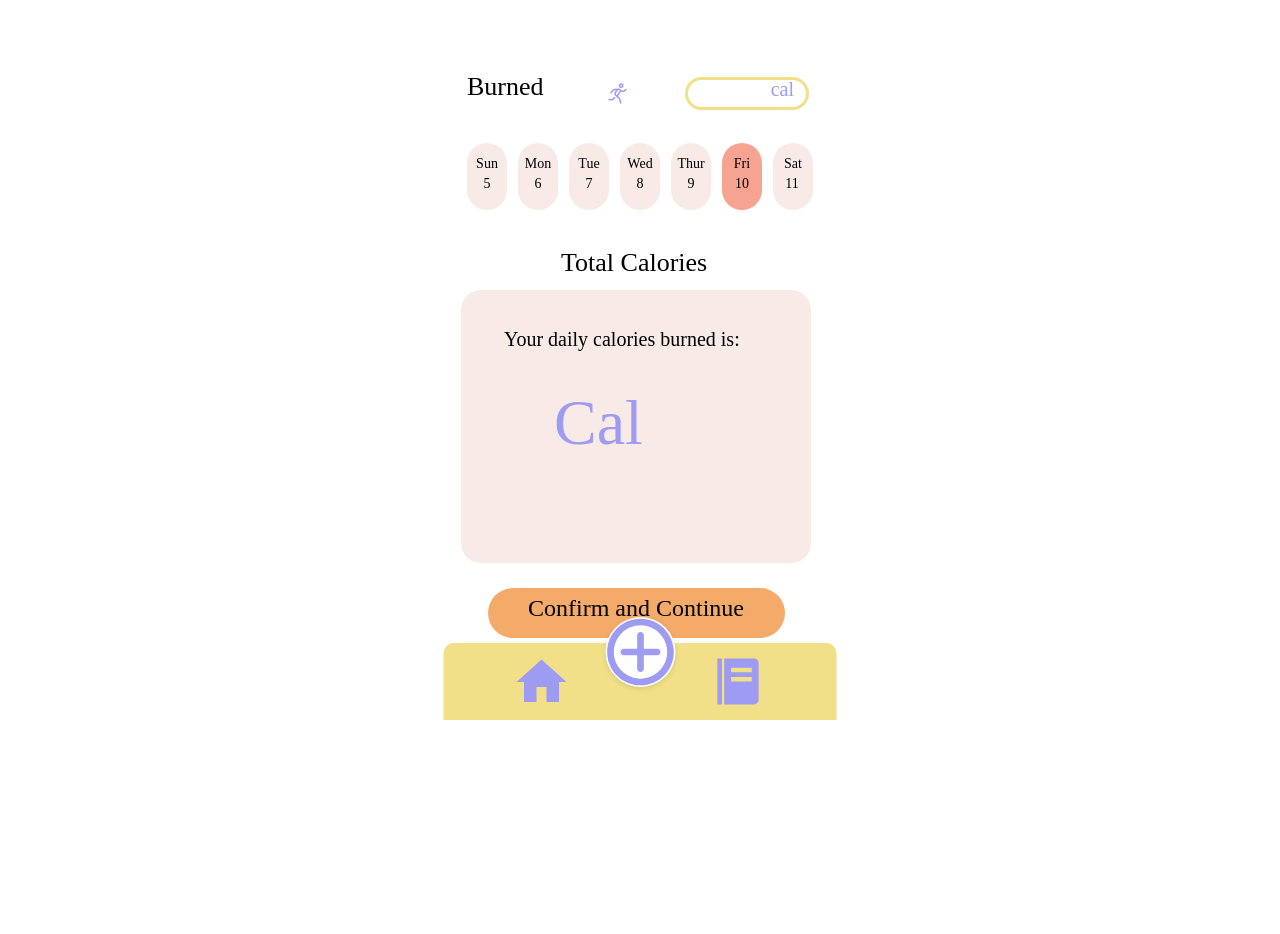
Repository: MeowCeline00/G5-Calorie-Tracker
Page: BurnedCal/index.html
The author's editor kept a copy of each file at every save. The page is drawn from the files as they stood at one save, then again after the next save.
The browser window is 1280 px wide. The pictures show the whole page.

Above is the page before, as saved 2024-05-26 14:19:41.
Console error: ReferenceError: renderLandingPage is not defined

After the next save:
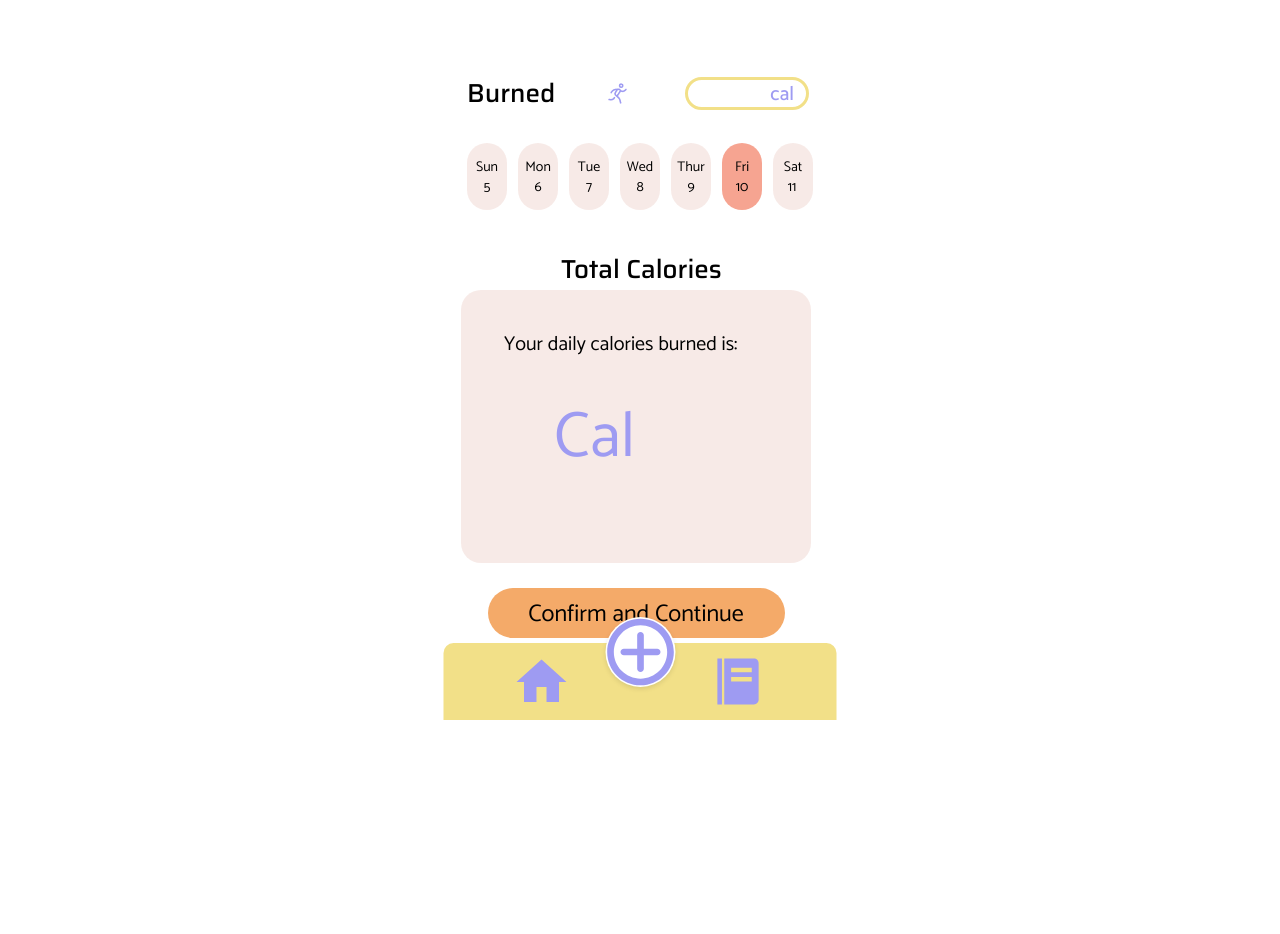
Saved 34 s later.
--- a/BurnedCal/index.html
+++ b/BurnedCal/index.html
@@ -6,6 +6,8 @@
 
   	<link rel="stylesheet" href="/BurnedCal/global.css" />
   	<link rel="stylesheet"  href="/BurnedCal/index.css" />
+	  <link rel="stylesheet" href="https://fonts.googleapis.com/css2?family=Saira:wght@500&display=swap" />
+  	<link rel="stylesheet" href="https://fonts.googleapis.com/css2?family=Catamaran:wght@400;500&display=swap" />
 	<link rel="stylesheet" href="/styles/Home.css">
 
 </head>
